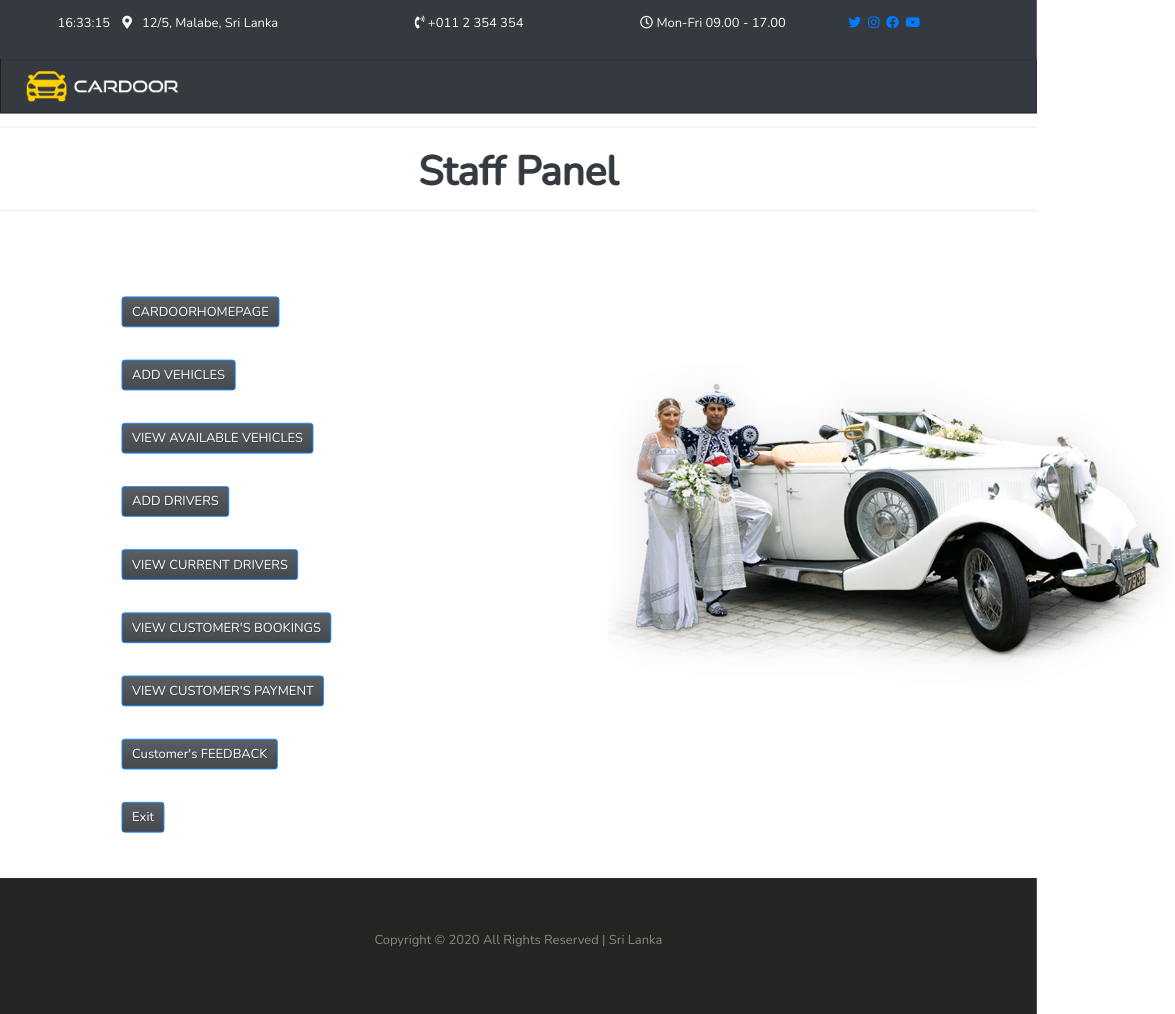
Repository: NipunLakshan99/Cardoor
Page: http://localhost/RentCar/SystemU.jsp
An editor plug-in stored every save of this project. The page is shown before and after the next save, followed by the edit.
The browser window is 1280 px wide. The page is 1450 px wide, so the pictures cover 1450 px, including what lies to the right of the window. The pictures show the whole page, at 81% of full size.
Some web libraries are served in a nearby version. The page is served by Tomcat 9. Other server files are loaded and not shown.

Above is the page before, as saved 2020-05-13 11:27:49.

### RentCar/WebContent/SystemU.jsp
<%@ page language="java" contentType="text/html; charset=ISO-8859-1"
    pageEncoding="ISO-8859-1"%>
<!DOCTYPE html>
<html>
<head>
<meta charset="ISO-8859-1">
<meta http-equiv="Content-Type" content="text/html; charset=ISO-8859-1">
		<link rel="stylesheet" href="https://stackpath.bootstrapcdn.com/bootstrap/4.3.1/css/bootstrap.min.css" integrity="sha384-ggOyR0iXCbMQv3Xipma34MD+dH/1fQ784/j6cY/iJTQUOhcWr7x9JvoRxT2MZw1T" crossorigin="anonymous">
		<link rel="stylesheet" href="https://bootswatch.com/4/slate/bootstrap.min.css" >
        <link rel="stylesheet" href="https://stackpath.bootstrapcdn.com/bootstrap/4.3.1/css/bootstrap.min.css" integrity="sha384-ggOyR0iXCbMQv3Xipma34MD+dH/1fQ784/j6cY/iJTQUOhcWr7x9JvoRxT2MZw1T" crossorigin="anonymous">
        <link href="https://fonts.googleapis.com/css?family=Nunito" rel="stylesheet">
        <link rel="stylesheet" href="https://use.fontawesome.com/releases/v5.8.2/css/all.css" integrity="sha384-oS3vJWv+0UjzBfQzYUhtDYW+Pj2yciDJxpsK1OYPAYjqT085Qq/1cq5FLXAZQ7Ay" crossorigin="anonymous">
        <link rel="stylesheet" href="CSS/stylesheet.css">
        <link rel="shortcut icon" href="CSS/favicon.ico" type="image/x-icon" />

<title>Staff Home</title>
</head>
<style>
 body{
  font-family: 'Nunito';
 }
 </style>
<title>Insert title here</title>
<body onload="startTime()">
<!--- Clock Display ------>
        <script>
            function startTime() {
                var today = new Date();
                var h = today.getHours();
                var m = today.getMinutes();
                var s = today.getSeconds();
                m = checkTime(m);
                s = checkTime(s);
                document.getElementById('txt').innerHTML =
                        h + ":" + m + ":" + s;
                var t = setTimeout(startTime, 500);
            }
            function checkTime(i) {
                if (i < 10) {
                    i = "0" + i
                }
                ;  // add zero in front of numbers < 10
                return i;
            }
        </script>

        <!------------------------------->


        <div class="preloader bg-dark text-light" >
            <div class="preloader-spinner" >


                <div id="header-top" class="d-none d-xl-block">
                    <div class="container">
                        <div class="row">

                            <div class="loader-content">
                                <!--<img src="CSS/img/preloader.gif">-->
                                <p id="txt"></p>

                            </div>

                            <div class="col-lg-3 text-left ">
                                <i class="fas fa-map-marker-alt"></i> &nbsp; 12/5, Malabe, Sri Lanka
                            </div>&nbsp;&nbsp;&nbsp;&nbsp;

                            <div class="col-lg-3 text-center">
                                <i class="fas fa-phone-volume"></i> +011 2 354 354
                            </div>&nbsp;&nbsp;&nbsp;&nbsp;

                            <div class="col-lg-3 text-center">
                                <i class="far fa-clock"></i> Mon-Fri 09.00 - 17.00
                            </div>&nbsp;&nbsp;&nbsp;&nbsp;&nbsp;&nbsp;


                            <div class="header-social-icons text-right">
                                <a href="#"><i class="fab fa-twitter"></i></a>&nbsp;
                                <a href="#"><i class="fab fa-instagram"></i></a>&nbsp;
                                <a href="#"><i class="fab fa-facebook"></i></a>&nbsp;
                                <a href="#"><i class="fab fa-youtube"></i></a>&nbsp;
                            </div>
                        </div>
                    </div>
                </div>
            </div>
        </div>
	 <nav class="navbar navbar-expand-lg navbar-dark bg-dark">
	 <div class="col-lg-4">
                        <a href="index.html" class="logo">
                            <img src="CSS/img/logo.png" alt="JSOFT">
                        </a>
                    </div>
  		<div class="collapse navbar-collapse" id="navbarColor02">
    	<ul class="navbar-nav mr-auto">
        <li class="nav-item active">

  		</div>
		</nav>
        <!-- /.row -->
        <section>

            <hr>
            <h1 class="page-header text-center text-dark"><b>Staff Panel</b></h1>
            <hr>

	<h1 style="color: #ffffff; margin-left: 580px;"></h1><br/><br/><br/>



	 <div class="btn-group-vertical" data-toggle="buttons">
 		 <a href="Home.jsp"><button type="button" class="btn btn-primary">CARDOORHOMEPAGE</button></a><br/>
 		 <a href="viewvehicles.jsp"><button type="button" class="btn btn-primary">ADD VEHICLES</button></a><br/>
 		 <a href="viewvehicles.jsp"><button type="button" class="btn btn-primary">VIEW AVAILABLE VEHICLES</button></a><br/>
 		 <a href="viewdrivers.jsp"><button type="button" class="btn btn-primary">ADD DRIVERS</button></a><br/>
  		 <a href="viewdrivers.jsp"><button type="button" class="btn btn-primary">VIEW CURRENT DRIVERS</button></a><br/>
  		 <a href="viewbookings.jsp"><button type="button" class="btn btn-primary">VIEW CUSTOMER'S BOOKINGS</button></a><br/>
  		 <a href="viewbookings.jsp"><button type="button" class="btn btn-primary">VIEW CUSTOMER'S PAYMENT</button></a><br/>
 		 <a href="#"><button type="button" class="btn btn-primary">Customer's FEEDBACK</button></a><br/>
 		 <a href="Home.jsp"><button type="button" class="btn btn-primary">Exit</button></a>

	 </div>
	 <div class="wed">
	 <img src="CSS/img/vehicle/wedding.jpg" width="700" height="400" class="img"/>
	 </div>
	 <br/>
	 <br/>

 	<section id="adddriver" class="py-5" style=" background-color: #242422;">
		<div class="footer-bottom-area">
        	<div class="container">
           		 <div class="row">
               		 <div class="col-lg-12 text-center">
                    	<p style="color: #8a8a7c;">Copyright &copy; <script>document.write(new Date().getFullYear());</script> All Rights Reserved | Sri Lanka</p>
               		 </div>
            	 </div>
            </div>
        </div>


        </section>
</body>
</html>

### RentCar/WebContent/CSS/stylesheet.css
.btn-group-vertical{

  margin-left: 150px;
}

.align text-light{
	color:black;

}

.bg-light{
	border: 1px solid 	#000000;
    margin-bottom: 25px;
}

.btn-group-vertical input[type=button]{
	width: 100%;
	height: 30px;
 	position: relative;
 	margin-left: 150px;
	}

.adddriverform{
	margin-left: 150px;
}

.viewdrivers{
	margin-left: 150px;
}

.editdriverform{
	margin-left: 150px;
}




.loginform{
		width: 100%;
  		padding: 12px 20px;
  		margin: 8px 0;
  		display: inline-block;
  		border: 1px solid #cc;
  		background: #f1f1f1;
  		box-sizing: border-box;
}

.userimg{
	margin-left:1000px;
}

.adminlogin{
	width:50%;
	margin-left: 350px;
}

.feedbackform{
	margin-left: 150px;
}

#message {
  display:none;
  background: #f1f1f1;
  color: #000;
  position: relative;
  padding: 20px;
  margin-top: 10px;
}

#message p {
  padding: 10px 35px;
  font-size: 18px;
}


.wed img{
	position:absolute;
	left:700px;
	margin-left: 50px;
	top:450px;

}

.loginbox{
    width: 320px;
    height: 420px;
    background: #000;
    color: #fff;
    top: 50%;
    left: 50%;
    position: absolute;
    transform: translate(-50%,-50%);
    box-sizing: border-box;
    padding: 70px 30px;
}

.avatar{
    width: 100px;
    height: 100px;
    border-radius: 50%;
    position: absolute;
    top: -50px;
    left: calc(50% - 50px);
}

.loginbox h1{
    margin: 0;
    padding: 0 0 20px;
    text-align: center;
    font-size: 22px;
}

.loginbox p{
    margin: 0;
    padding: 0;
    font-weight: bold;
}

.loginbox input{
    width: 100%;
    margin-bottom: 20px;
}

.loginbox input[type="text"], input[type="password"]
{
    border: none;
    border-bottom: 1px solid #fff;
    background: transparent;
    outline: none;
    height: 40px;
    color: #fff;
    font-size: 16px;
}

.loginbox input[type="password"]
{
	 border: none;
    border-bottom: 1px solid #fff;
    background: transparent;
    outline: none;
    height: 40px;
    color: #fff;
    font-size: 16px;
}
.loginbox input[type="submit"]
{
    border: none;
    outline: none;
    height: 40px;
    background: #fb2525;
    color: #fff;
    font-size: 18px;
    border-radius: 20px;
}
.loginbox input[type="submit"]:hover
{
    cursor: pointer;
    background: #ffc107;
    color: #000;
}
.loginbox a{
    text-decoration: none;
    font-size: 12px;
    line-height: 20px;
    color: darkgrey;
}

.loginbox a:hover
{
    color: #ffc107;
}

.footer {
  position: fixed;
  left: 0;
  bottom: 0;
  width: 100%;
   height: 10%;
  background-color: #242422;
  color: white;
  text-align: center;
}

h1{
	text-align: center;
    font-size: 50px;
}

* {box-sizing: border-box}
/* Full-width input fields */
  input[type=text], input[type=password] {
  width: 100%;
  padding: 15px;
  margin: 5px 0 22px 0;
  display: inline-block;
  border: none;
  background: #f1f1f1;
}

/* Add a background color when the inputs get focus */
input[type=text]:focus, input[type=password]:focus {
  background-color: #ddd;
  outline: none;
}

/* Set a style for all buttons */
 button {
  background-color: #4CAF50;
  color: white;
  padding: 14px 20px;
  margin: 8px 0;
  border: none;
  cursor: pointer;
  width: 100%;
  opacity: 0.9;
}

button:hover {
  opacity:1;
}

/* Extra styles for the cancel button */
.cancelbtn {
  padding: 14px 20px;
  background-color: #f44336;
}

/* Float cancel and signup buttons and add an equal width */
.cancelbtn, .signupbtn {
  float: left;
  width: 50%;
}

/* Add padding to container elements */
.container {
  padding: 16px;
}

/* The Modal (background) */
.modal {
  display: none; /* Hidden by default */
  position: fixed; /* Stay in place */
  z-index: 1; /* Sit on top */
  left: 0;
  top: 0;
  width: 100%; /* Full width */
  height: 100%; /* Full height */
  overflow: auto; /* Enable scroll if needed */
  background-color: #474e5d;
  padding-top: 50px;
}

/* Modal Content/Box */
.modal-content {
  background-color: #fefefe;
  margin: 5% auto 15% auto; /* 5% from the top, 15% from the bottom and centered */
  border: 1px solid #888;
  width: 80%; /* Could be more or less, depending on screen size */
}

/* Style the horizontal ruler */
hr {
  border: 1px solid #f1f1f1;
  margin-bottom: 25px;
}

/* The Close Button (x) */
.close {
  position: absolute;
  right: 35px;
  top: 15px;
  font-size: 40px;
  font-weight: bold;
  color: #f1f1f1;
}

.close:hover,
.close:focus {
  color: #f44336;
  cursor: pointer;
}

/* Clear floats */
.clearfix::after {
  content: "";
  clear: both;
  display: table;
}

/* Change styles for cancel button and signup button on extra small screens */
@media screen and (max-width: 300px) {
  .cancelbtn, .signupbtn {
    width: 100%;
  }
}

After the next save:
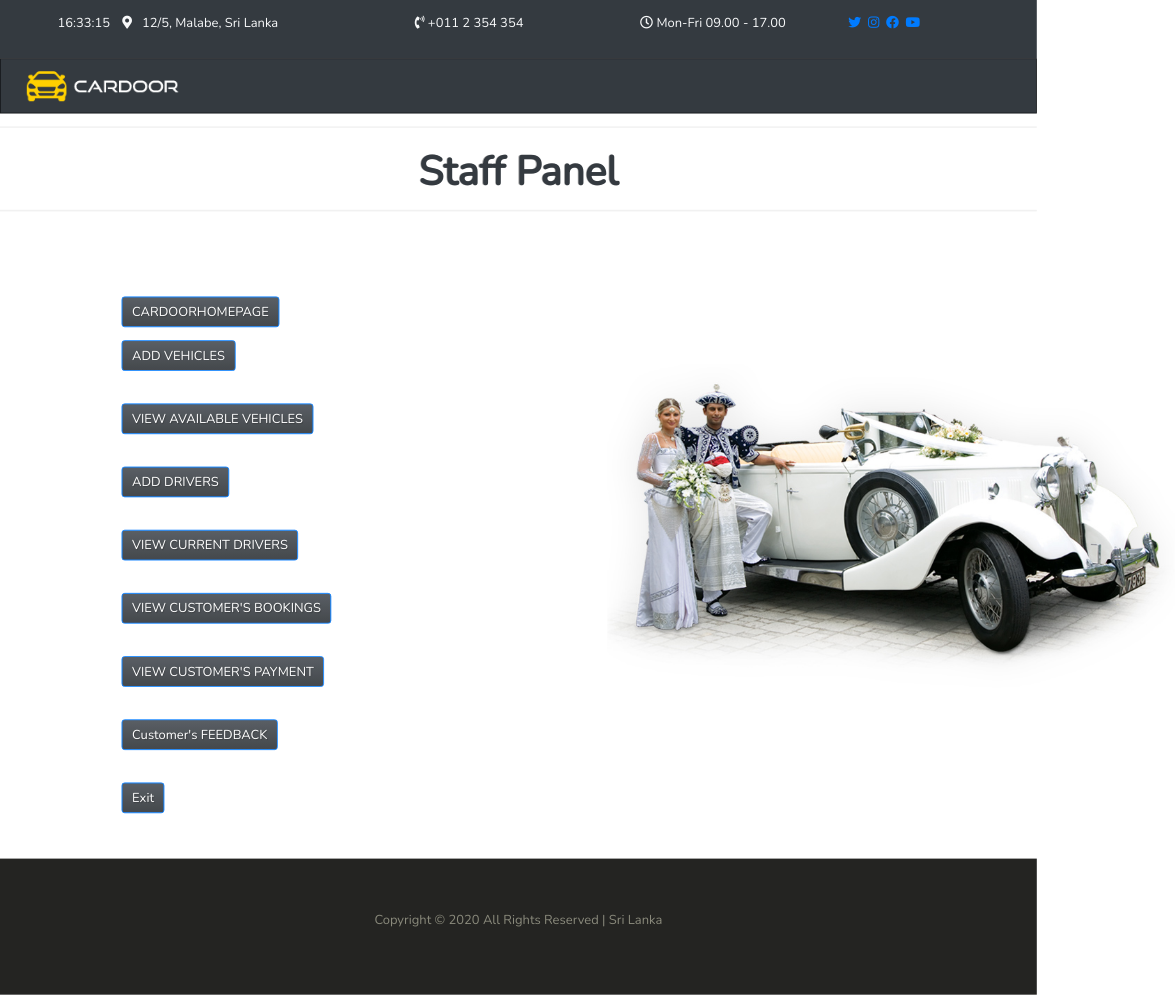
Saved 33 s later.
--- a/RentCar/WebContent/SystemU.jsp
+++ b/RentCar/WebContent/SystemU.jsp
@@ -109,7 +109,7 @@
 
 
 	 <div class="btn-group-vertical" data-toggle="buttons">
- 		 <a href="Home.jsp"><button type="button" class="btn btn-primary">CARDOORHOMEPAGE</button></a><br/>
+ 		 <a href="Home.jsp"><button type="button" class="btn btn-primary">CARDOORHOMEPAGE</button></a>
  		 <a href="viewvehicles.jsp"><button type="button" class="btn btn-primary">ADD VEHICLES</button></a><br/>
  		 <a href="viewvehicles.jsp"><button type="button" class="btn btn-primary">VIEW AVAILABLE VEHICLES</button></a><br/>
  		 <a href="viewdrivers.jsp"><button type="button" class="btn btn-primary">ADD DRIVERS</button></a><br/>
